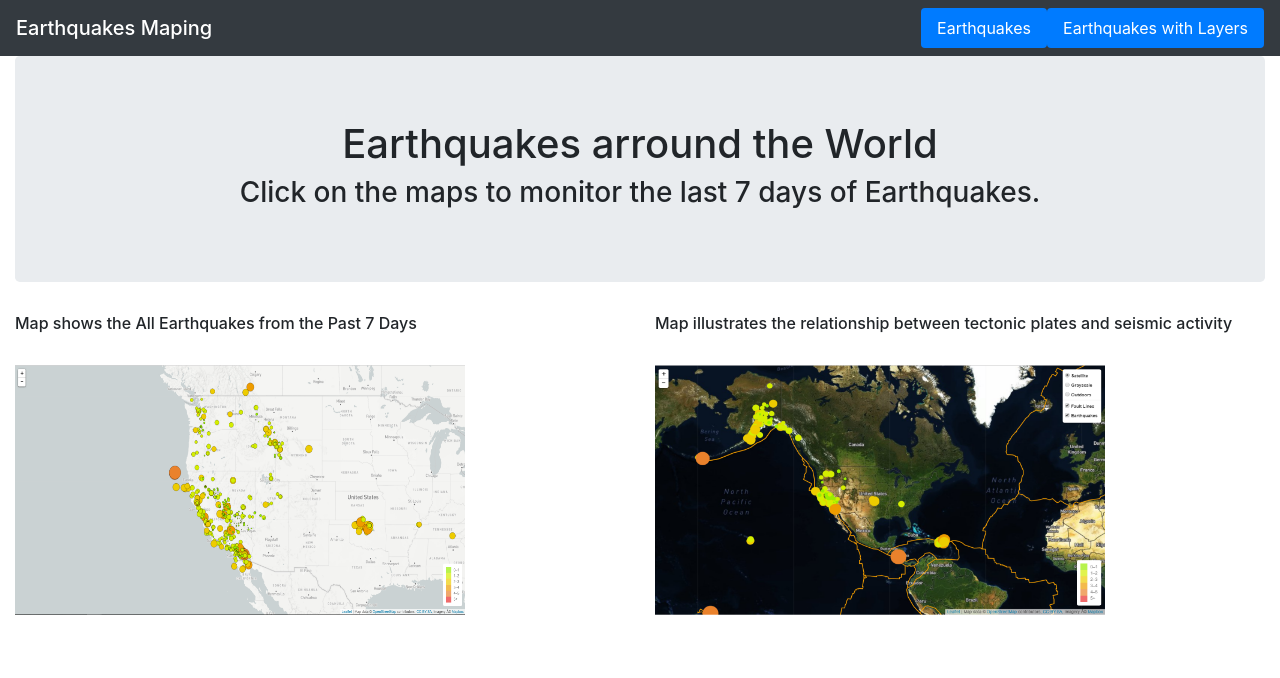
Repository: ermiasgelaye/leaflet-challenge
Page: index.html
The author's editor kept a copy of each file at every save. The page is drawn from the files as they stood at one save, then again after the next save.
The browser window is 1280 px wide. The pictures show the whole page.

Above is the page before, as saved 2020-09-18 21:46:22.

### index.html
<!DOCTYPE html>
<html lang="en">

<head>
    <meta charset="UTF-8" />
    <meta name="viewport" content="width=device-width, initial-scale=1.0" />
    <meta http-equiv="X-UA-Compatible" content="ie=edge" />
    <title>Earthquakes Challenge</title>
    <link rel="stylesheet" href="https://stackpath.bootstrapcdn.com/bootstrap/4.3.1/css/bootstrap.min.css" integrity="sha384-ggOyR0iXCbMQv3Xipma34MD+dH/1fQ784/j6cY/iJTQUOhcWr7x9JvoRxT2MZw1T" crossorigin="anonymous" />

    <!-- jQuery library -->
    <script src="https://ajax.googleapis.com/ajax/libs/jquery/3.4.1/jquery.min.js"></script>

    <!-- Latest compiled JavaScript -->
    <script src="https://maxcdn.bootstrapcdn.com/bootstrap/4.3.1/js/bootstrap.min.js"></script>
</head>

<body>
    <nav class="navbar navbar-dark bg-dark size_hide">
        <a href="index.html"><span class="navbar-brand mb-0 h1 back_color"
          >Earthquakes Maping</span
        ></a
      >

      <ul class="nav nav-pills">
        <li class="nav-item">
          <a class="nav-link active" href="Leaflet-Step-1/step-1.html"
            >Earthquakes</a
          >
        </li>

        <li class="nav-item">
          <a class="nav-link active" href="Leaflet-Step-2/step-2.html"
            >Earthquakes with Layers</a
          >
        </li>
      </ul>
    </nav>
    <div class="container-fluid">
      <div class="jumbotron text-center">
        <h1>Earthquakes arround the World</h1>
        <h3>
          Click on the maps to monitor the last 7 days of Earthquakes.
        </h3>
      </div>
      <div class="row">
        <div class="col-lg-6">
          <h6>Map shows the All Earthquakes from the Past 7 Days</h6>
          <br />
          <a href="Leaflet-Step-1/step-1.html"
            ><img
              src="images/2-BasicMap.png"
              alt="Mapping without Layers"
              width="450"
              height="250"
          /></a>
        </div>
        <div class="col-lg-6">
            <h6>
                Map illustrates the relationship between tectonic plates and seismic activity
            </h6>
            <br />
            <a href="Leaflet-Step-2/step-2.html">
                <img src="images/5-Advanced.png" alt="Mapping with Layers" width="450" height="250" /></a>
        </div>
        </div>
        </div>
</body>

</html>

After the next save:
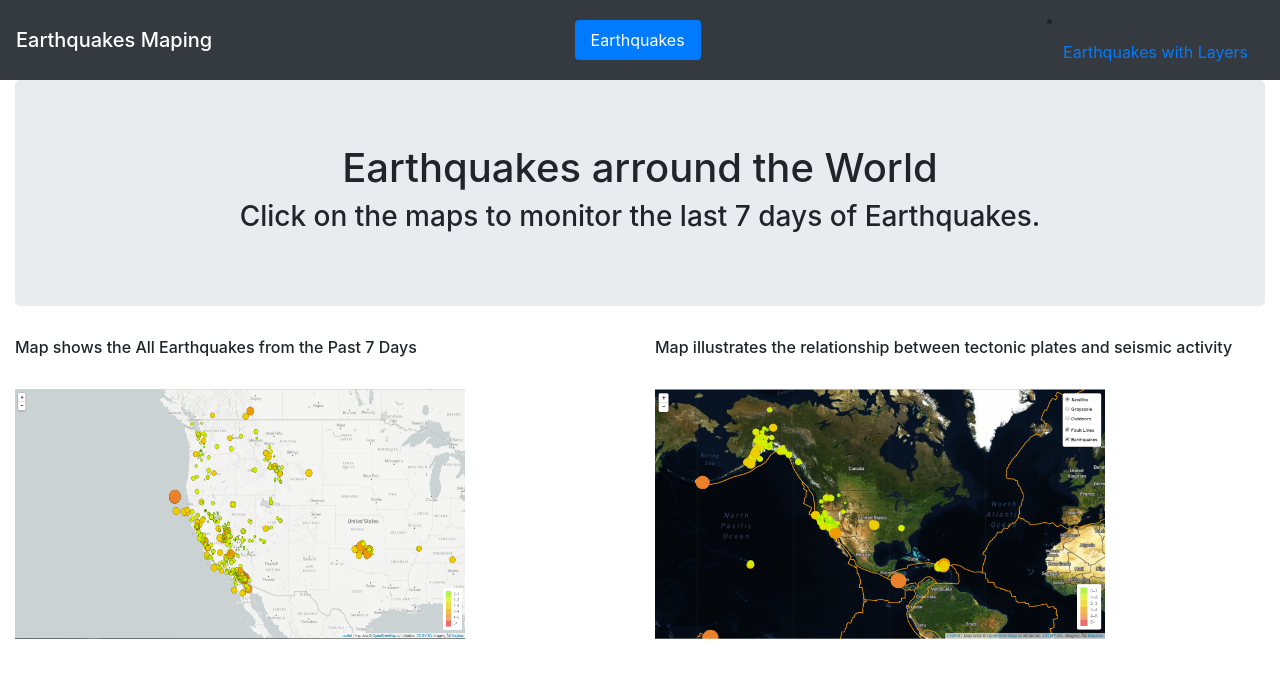
Saved 33 s later.
--- a/index.html
+++ b/index.html
@@ -28,6 +28,7 @@
             >Earthquakes</a
           >
         </li>
+        </ul>
 
         <li class="nav-item">
           <a class="nav-link active" href="Leaflet-Step-2/step-2.html"
